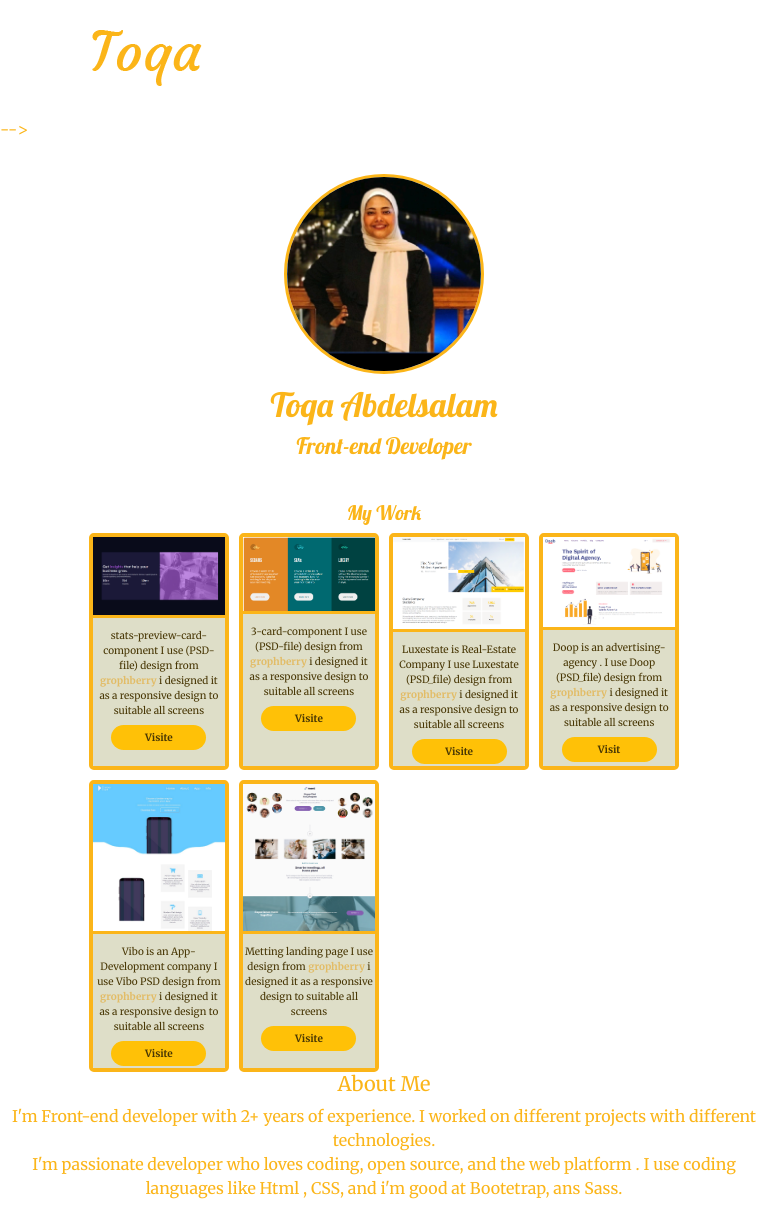
Repository: Toqa-25/portfolio
Page: index.html
The author's editor kept a copy of each file at every save. The page is drawn from the files as they stood at one save, then again after the next save.
The browser window is 768 px wide. The pictures show the whole page.
Some web fonts or font styles are not loaded; a fallback is used.

Above is the page before, as saved 2021-10-31 16:50:17.

After the next save:
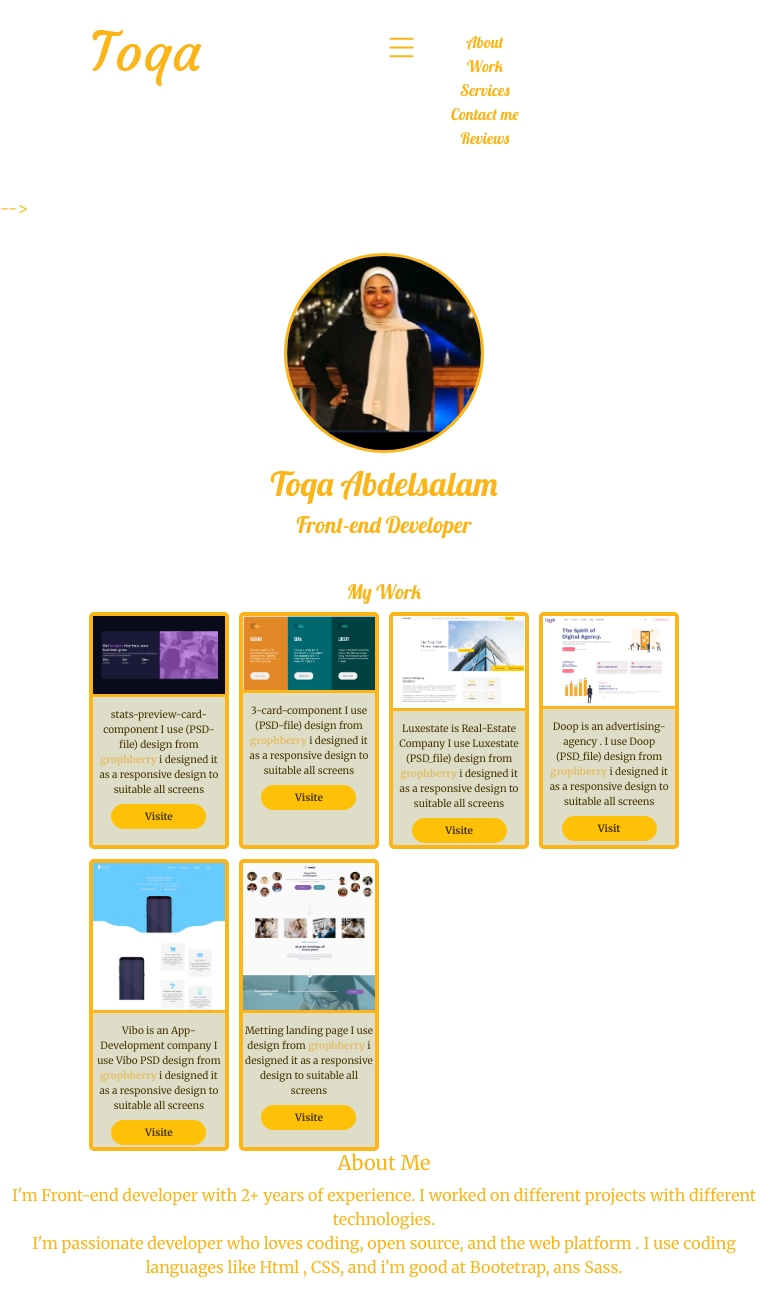
Saved 6 s later.
--- a/css/style.css
+++ b/css/style.css
@@ -112,7 +112,7 @@ body{
       display: none;
   }
   .bar{
-      display: f;
+      display: flex;
   }
   /* div{
       display: block;
